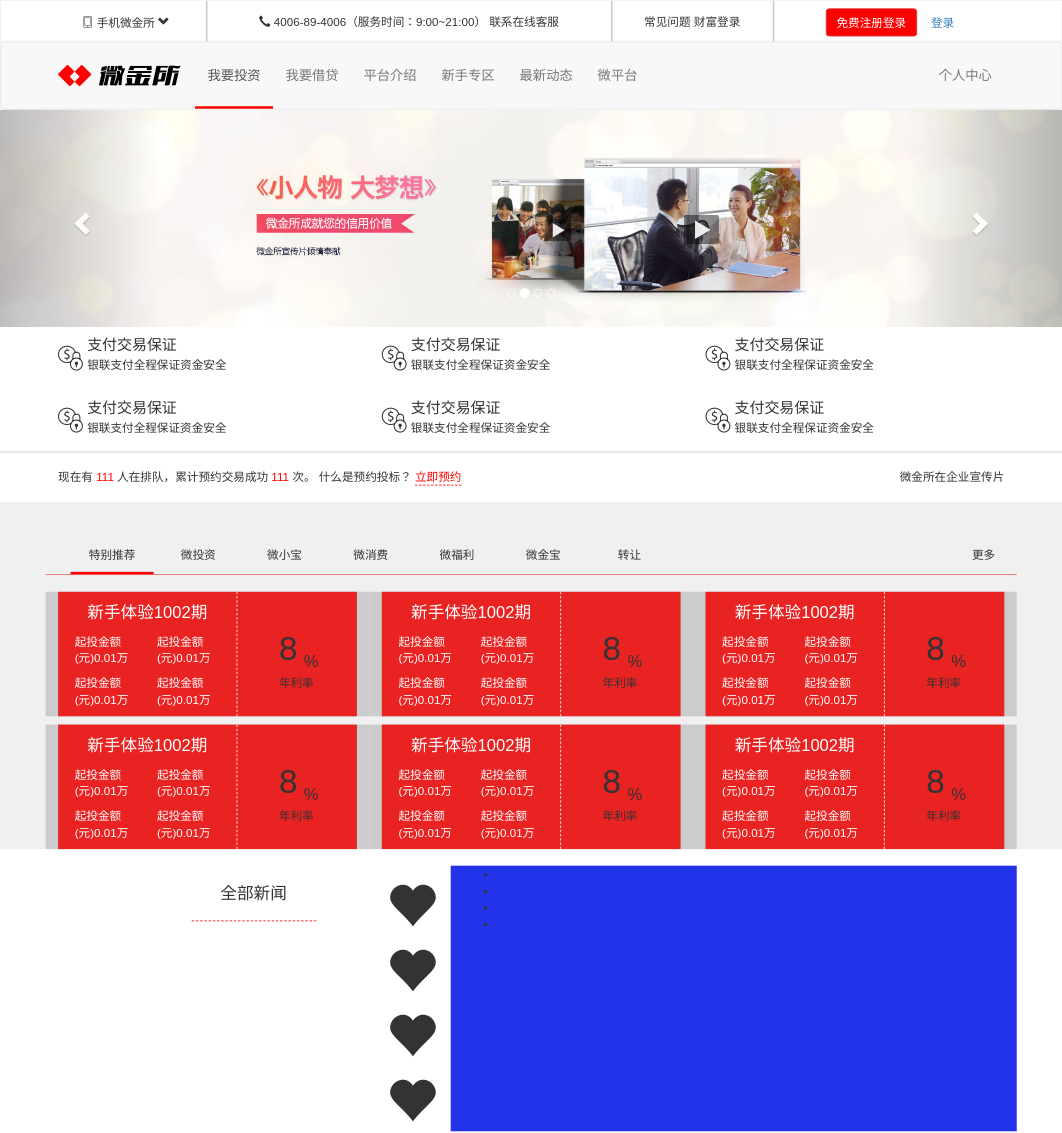
Repository: pwy114pwy/project_02
Page: 菜单.html
The author's editor kept a copy of each file at every save. The page is drawn from the files as they stood at one save, then again after a run of saves.
The browser window is 1280 px wide. The pictures show the whole page, at 83% of full size.
The style sheet was rebuilt from its Sass, Less or Tailwind sources for each picture, by a compiler version that may differ from the author's.

Above is the page before, as saved 2022-11-23 18:03:50.

After the next 7 saves:
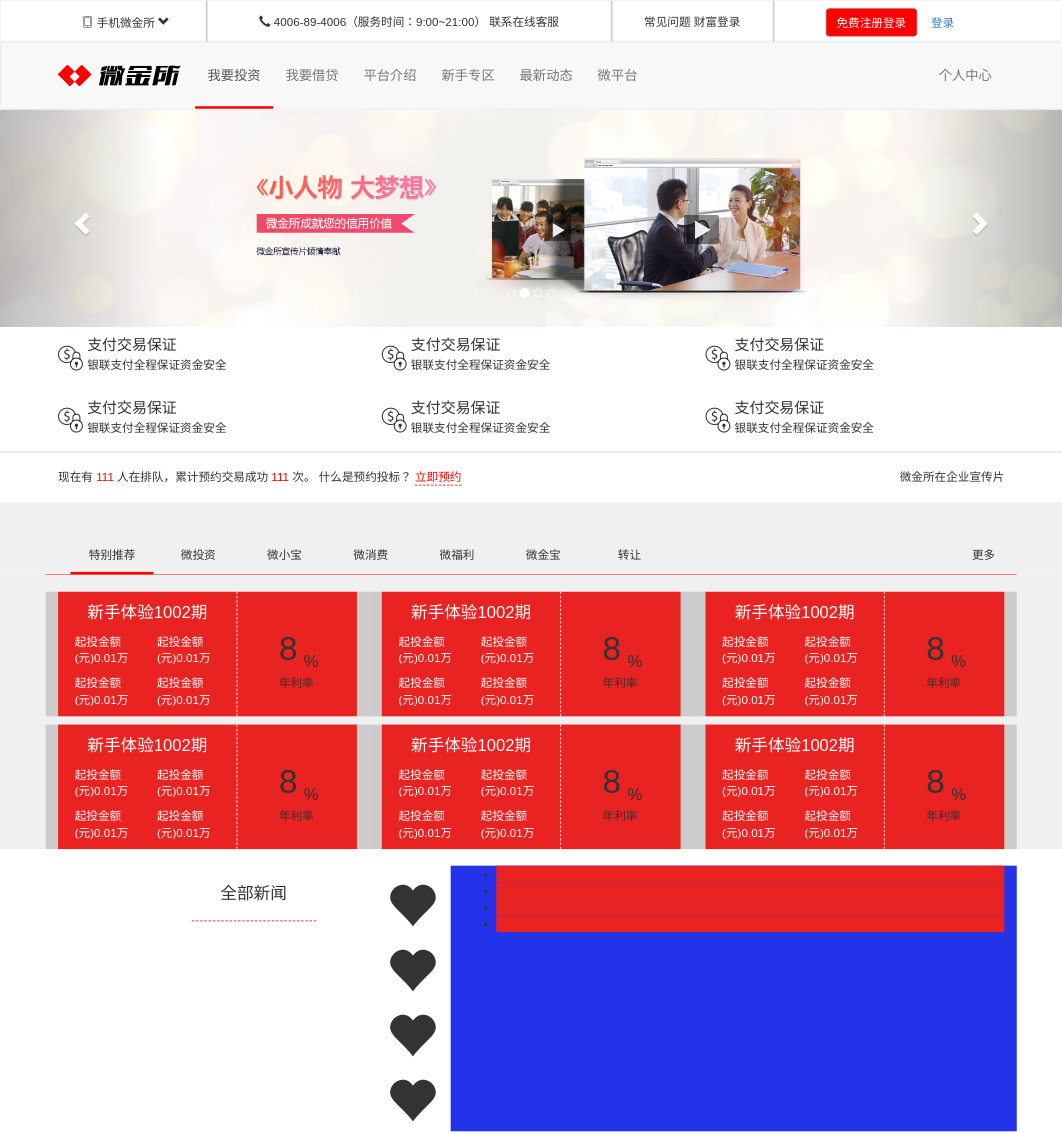
The 7 saves are shown as one change because they came seconds apart.
The last was saved 11 s later.
--- a/css/01.less
+++ b/css/01.less
@@ -337,6 +337,11 @@
         div:nth-child(3){
             height: 320px;
             background-color: #2233e9;
-        }
-    }
-}
+            div{
+                li{
+                    background-color: #e92322;
+                }
+            }
+        }
+    }
+}

After the 3 saves that followed:
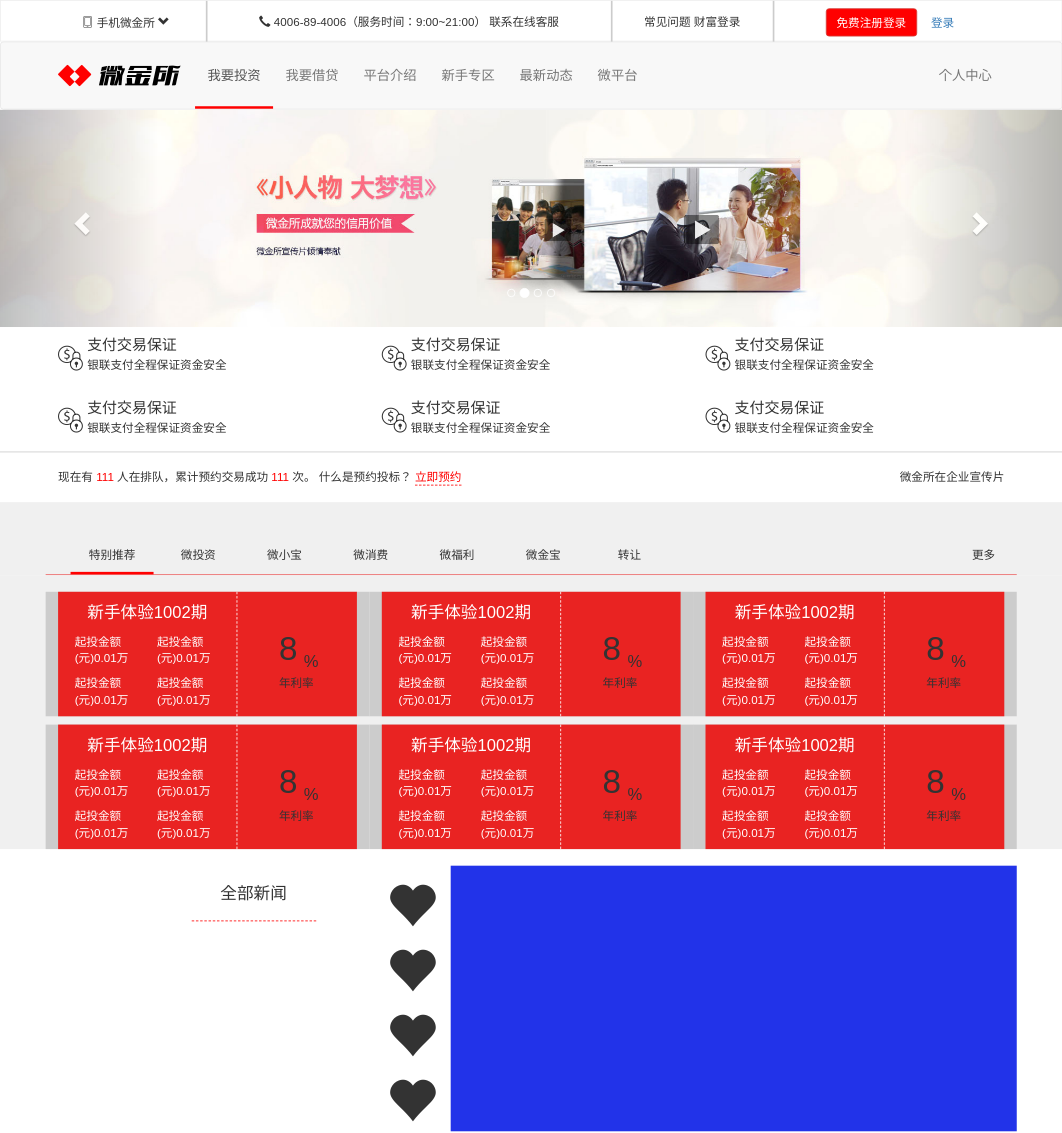
The 3 saves are shown as one change because they came seconds apart.
The last was saved 14 s later.
--- a/css/01.less
+++ b/css/01.less
@@ -339,6 +339,7 @@
             background-color: #2233e9;
             div{
                 li{
+                    list-style: none;
                     background-color: #e92322;
                 }
             }
